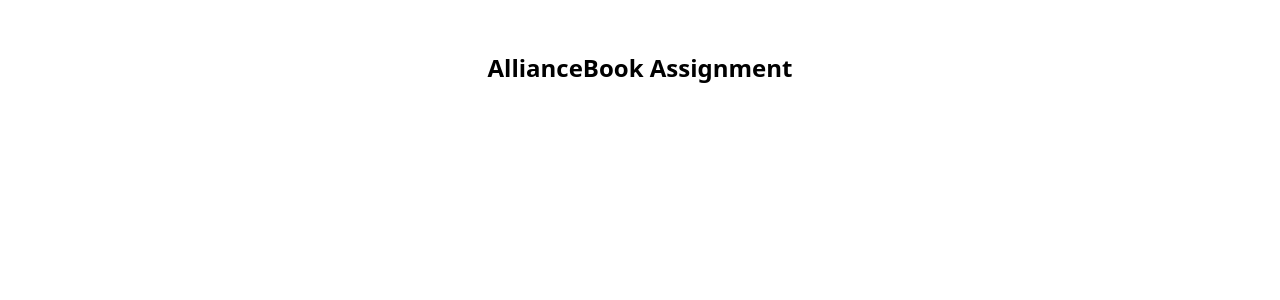
Repository: katjalmarko/React-TS-AllianceBook-Assignment
Page: /
The author's editor kept a copy of each file at every save. The page is drawn from the files as they stood at one save, then again after the next save.
The browser window is 1280 px wide. The pictures show the whole page.
The page's requests for data from a server got no answer. The project was rebuilt for these pictures with package versions that can differ from the ones it lists, and the page was loaded fresh each time. No one was signed in, and anything a server would have sent is missing. Also part of the build but not shown: vite.config.ts, src/components/PeopleData.tsx.

Above is the page before, as saved 2023-04-25 14:48:19.

After the next save:
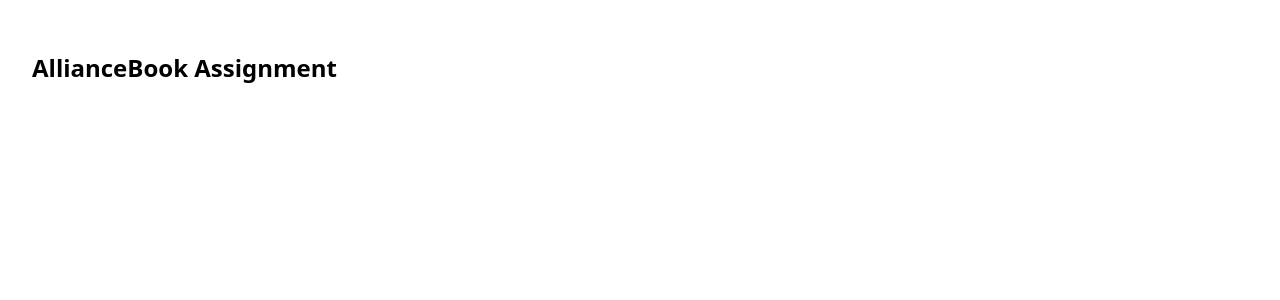
Saved 66 s later.
--- a/src/App.tsx
+++ b/src/App.tsx
@@ -41,7 +41,7 @@
   }, []);
 
   return (
-    <div className="flex flex-col items-center mt-5 mb-20">
+    <div className="flex items-center mt-5 mb-20">
       <h1 className="font-black text-2xl mb-5">AllianceBook Assignment </h1>
       <PeopleList
         peopleInfo={peopleInfo}
